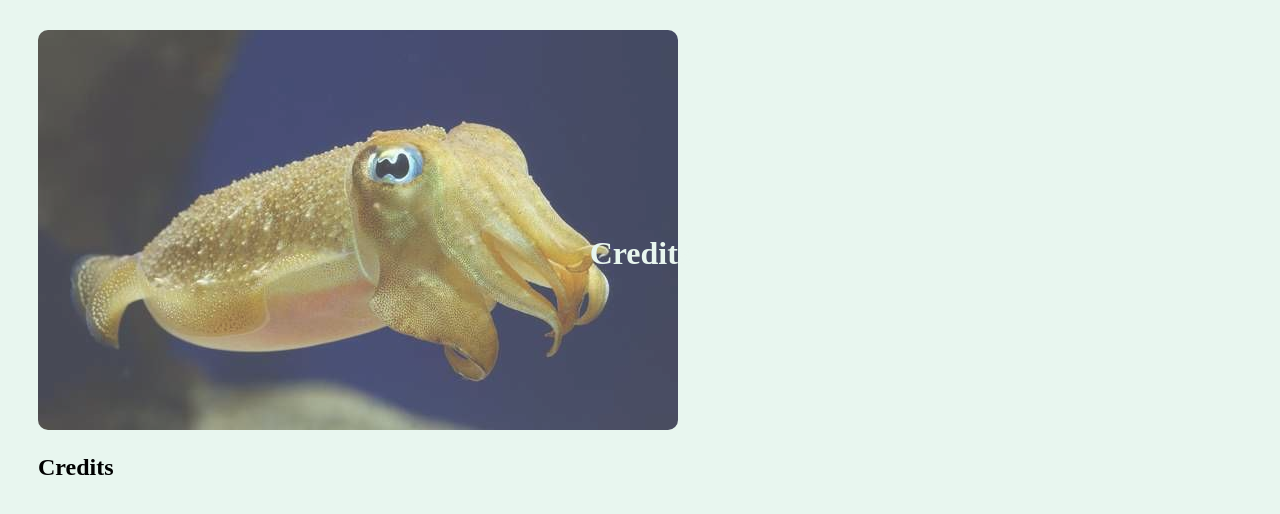
Repository: neomort/comm-lab-vid-site
Page: credits.html
The author's editor kept a copy of each file at every save. The page is drawn from the files as they stood at one save, then again after the next save.
The browser window is 1280 px wide. The pictures show the whole page.

Above is the page before, as saved 2021-09-12 22:50:59.

After the next save:
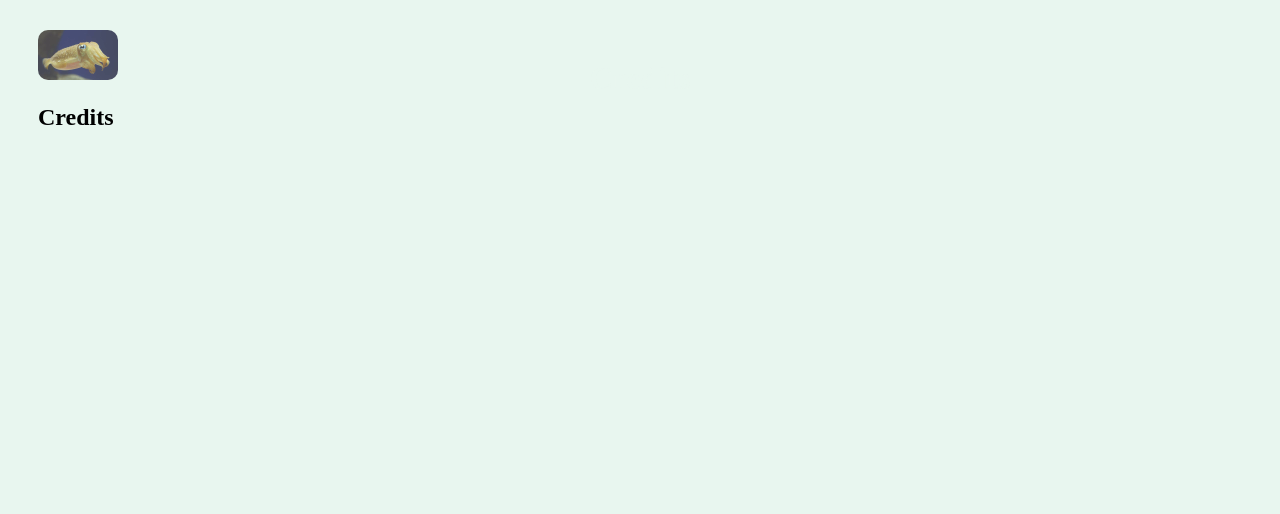
Saved 2 s later.
--- a/css/styles.css
+++ b/css/styles.css
@@ -99,7 +99,7 @@
   transition: 0.3s;
 }
 
-.drop-container img{
+.image-2{
   object-fit: cover;
   border-radius: 10px;
   width: 1000px;
@@ -108,7 +108,7 @@
   transition: 0.3s;
 }
 
-.drop-container:hover .drop-container img{
+.drop-container:hover .image-2{
   object-fit: cover;
   border-radius: 10px;
   width: 100%;

After the save that followed:
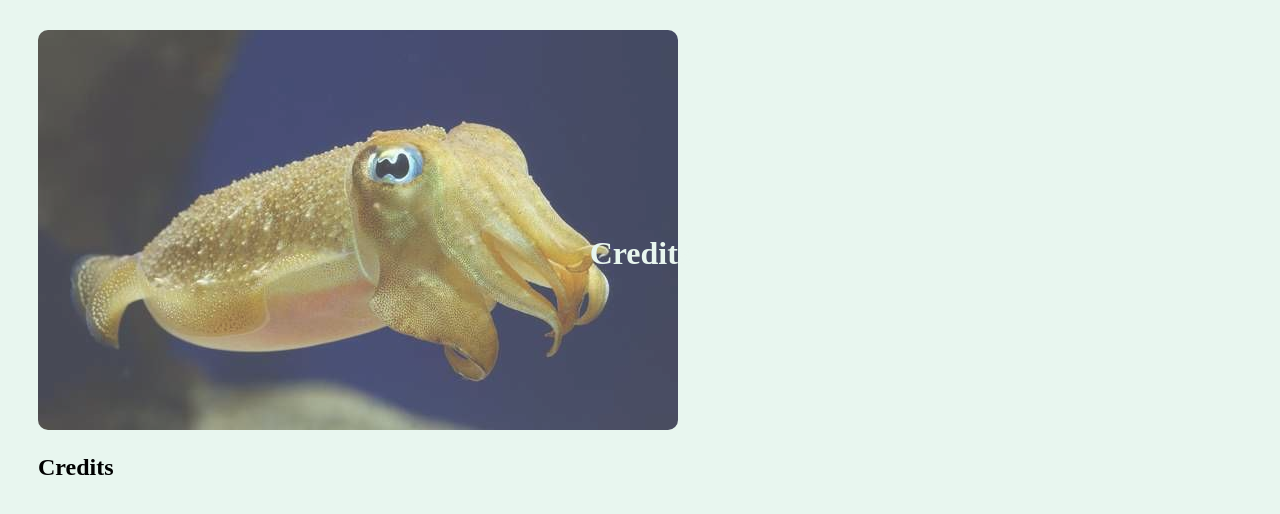
Saved 48 s later.
--- a/css/styles.css
+++ b/css/styles.css
@@ -91,7 +91,7 @@
 }
 
 
-.drop-container{
+/* .drop-container{
   object-fit: cover;
   position: relative;
   text-align: center;
@@ -104,7 +104,7 @@
   border-radius: 10px;
   width: 1000px;
   opacity: 100%;
-  height: 50px;
+
   transition: 0.3s;
 }
 
@@ -115,7 +115,7 @@
   opacity: 100%;
   height: 300px;
   transition: 0.3s;
-}
+} */
 
 
 
